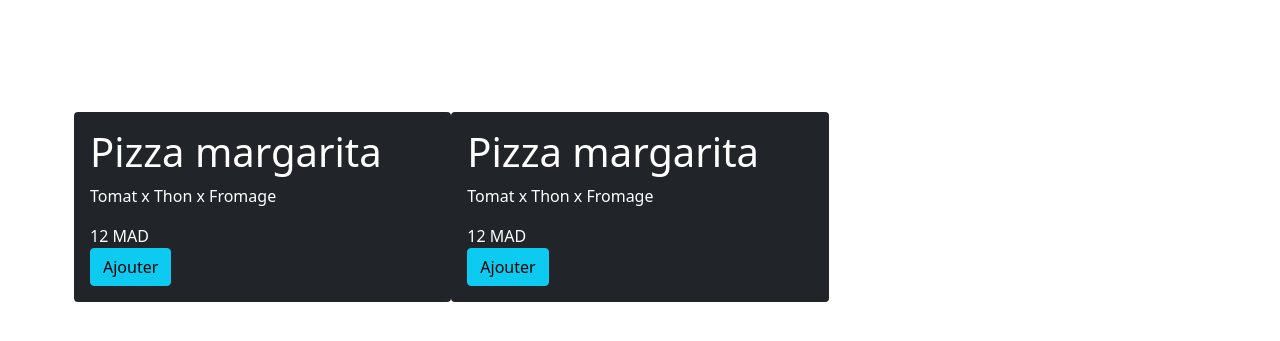
Repository: FS-23/my-restaurant
Page: /
These files come from the project's save history. The page is drawn as it stood at one moment and after the next save; the edit follows.
The browser window is 1280 px wide. The pictures show the whole page.
The project was rebuilt for these pictures with package versions that can differ from the ones it lists, and the page was loaded fresh each time.

Above is the page before, as saved 2022-04-29 13:46:19.

After the next save:
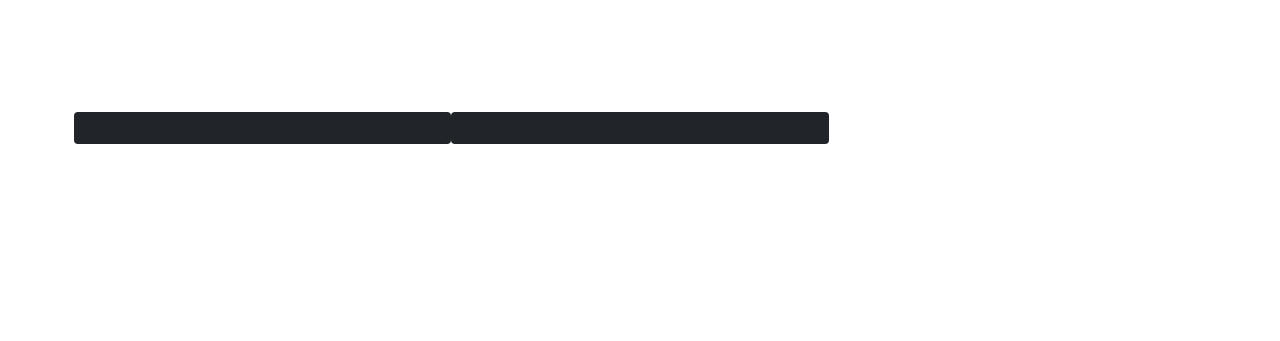
Saved 15 s later.
--- a/src/components/Plat.js
+++ b/src/components/Plat.js
@@ -2,12 +2,7 @@
 function Plat (props){
     return(
         <div className="bg-dark mt-5 p-3 rounded col-2 col-sm-3 col-lg-4" >
-            <h1>{props.name} </h1>
-           <p> {props.ingredient}</p>
-           <div>
-               {props.price} MAD
-           </div>
-           <button className="btn btn-info">Ajouter</button>
+
        </div>
 
 

After the save that followed:
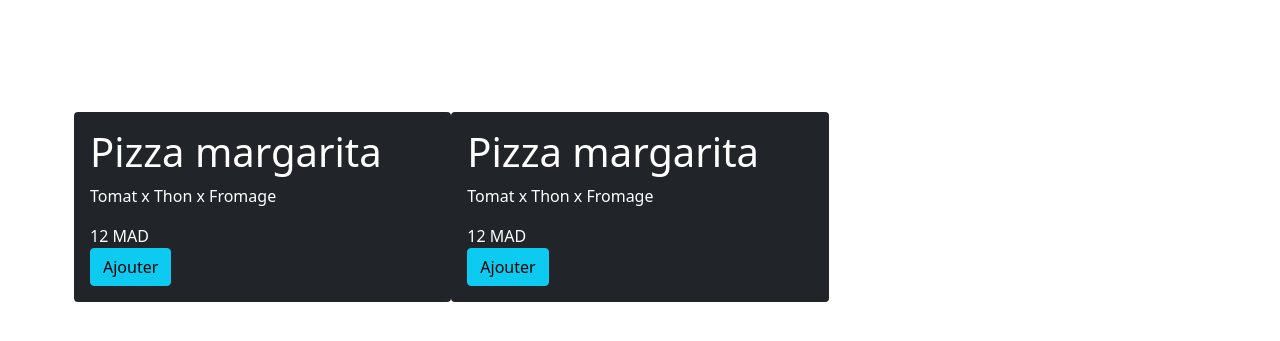
Saved 24 s later.
--- a/src/components/Plat.js
+++ b/src/components/Plat.js
@@ -2,7 +2,14 @@
 function Plat (props){
     return(
         <div className="bg-dark mt-5 p-3 rounded col-2 col-sm-3 col-lg-4" >
-
+            <div>
+                <h1>{props.name} </h1>
+                <p> {props.ingredient}</p>
+                <div>
+                    {props.price} MAD
+                </div>
+                <button className="btn btn-info">Ajouter</button>
+            </div>
        </div>
 
 
